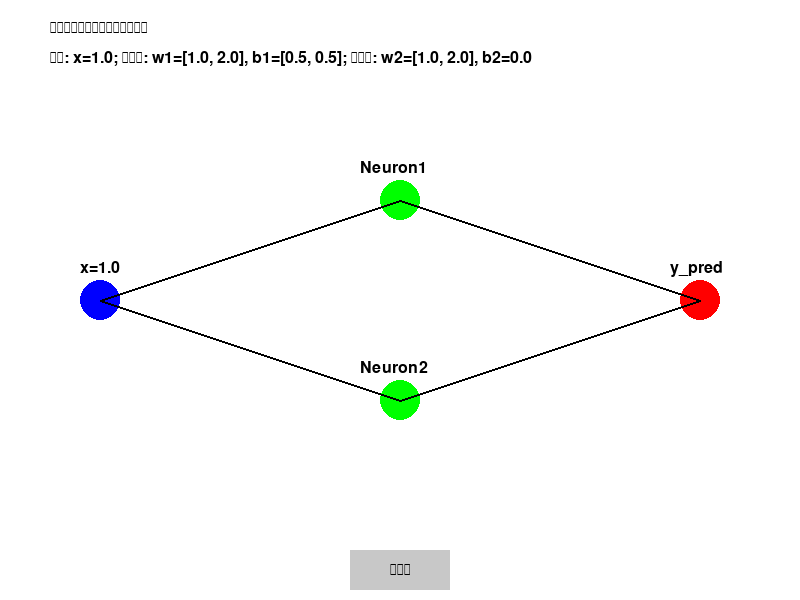
Repository: ducchuu/cnn_from_scratch
Script's output: python src/visualization/pygame_nn_simulator.py
An editor plug-in stored every save of this project. The script's output is shown before and after the next save, followed by the edit.
The window is shown after at most 60 frames with no key pressed. Random numbers start from a fixed seed.

Above is the script's output before, as saved 2025-02-13 04:44:39.

After the next save:
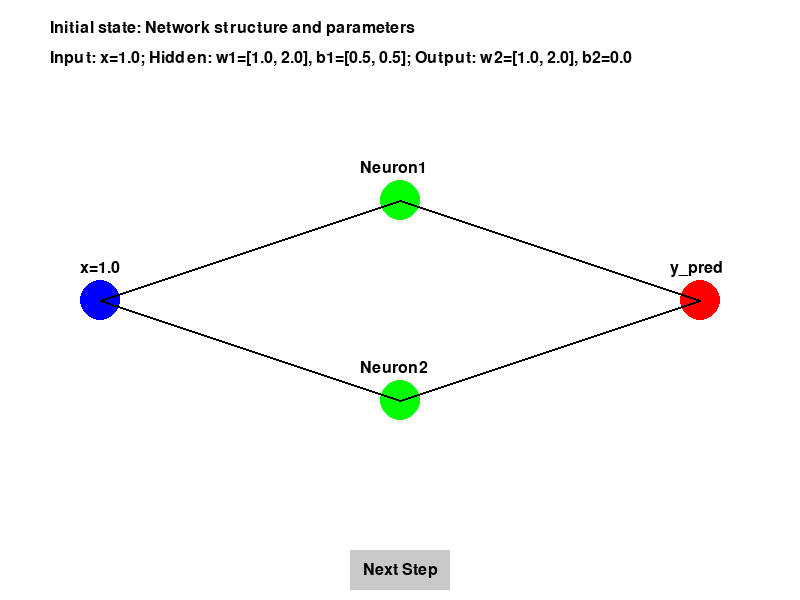
Saved 2 min 42 s later.
--- a/src/visualization/pygame_nn_simulator.py
+++ b/src/visualization/pygame_nn_simulator.py
@@ -25,40 +25,61 @@ button_rect = pygame.Rect(screen_width // 2 - 50, screen_height - 50, 100, 40)
 # 预定义各步的说明文字和对应的详细信息
 steps = [
     {
-        "desc": "初始状态：展示网络结构和参数",
-        "details": "输入: x=1.0; 隐藏层: w1=[1.0, 2.0], b1=[0.5, 0.5]; 输出层: w2=[1.0, 2.0], b2=0.0",
-    },
-    {
-        "desc": "前向传播：计算隐藏层加权输入 z = x*w + b",
+        "desc": "Initial state: Network structure and parameters",
+        "details": "Input: x=1.0; Hidden: w1=[1.0, 2.0], b1=[0.5, 0.5]; Output: w2=[1.0, 2.0], b2=0.0",
+        "highlight_paths": [],  # 初始状态不高亮任何路径
+    },
+    {
+        "desc": "Forward pass: Calculate hidden layer weighted input",
         "details": "z1 = [1*1.0+0.5, 1*2.0+0.5] = [1.5, 2.5]",
-    },
-    {"desc": "前向传播：应用ReLU激活函数", "details": "h = ReLU(z1) = [1.5, 2.5]"},
-    {
-        "desc": "前向传播：计算输出层输出",
+        "highlight_paths": [
+            (input_pos, hidden1_pos),
+            (input_pos, hidden2_pos),
+        ],  # 高亮输入到隐藏层的路径
+    },
+    {
+        "desc": "Forward pass: Apply ReLU activation function",
+        "details": "h = ReLU(z1) = [1.5, 2.5]",
+    },
+    {
+        "desc": "Forward pass: Calculate output layer output",
         "details": "y_pred = h•w2 + b2 = 1.5*1.0 + 2.5*2.0 = 6.5",
     },
-    {"desc": "计算损失：采用均方误差 (MSE)", "details": "L = 0.5*(6.5-7.0)^2 = 0.125"},
-    {
-        "desc": "反向传播：计算输出层梯度",
+    {
+        "desc": "Calculate loss: Use Mean Squared Error (MSE)",
+        "details": "L = 0.5*(6.5-7.0)^2 = 0.125",
+    },
+    {
+        "desc": "Backward pass: Calculate output layer gradient",
         "details": "dL/dy_pred = y_pred - target = -0.5",
     },
     {
-        "desc": "反向传播：计算输出层权重梯度",
+        "desc": "Backward pass: Calculate output layer weight gradient",
         "details": "grad_w2 = dL/dy_pred * h = -0.5 * [1.5, 2.5] = [-0.75, -1.25]",
     },
     {
-        "desc": "反向传播：梯度传递到隐藏层",
+        "desc": "Backward pass: Gradient propagation to hidden layer",
         "details": "dL/dh = dL/dy_pred * w2 = [-0.5, -1.0]",
     },
     {
-        "desc": "反向传播：计算隐藏层权重梯度",
+        "desc": "Backward pass: Calculate hidden layer weight gradient",
         "details": "grad_w1 = dL/dz1 * x = [-0.5, -1.0]",
     },
     {
-        "desc": "参数更新：更新各层参数",
+        "desc": "Parameter update: Update all layer parameters",
         "details": "new_w1=[1.05, 2.1], new_b1=[0.55, 0.6]; new_w2=[1.075, 2.125], new_b2=0.05",
     },
 ]
+
+# 定义不同类型数据的颜色
+COLORS = {
+    "input_value": (0, 0, 255),  # 蓝色
+    "weights": (100, 100, 100),  # 灰色
+    "activation": (0, 200, 0),  # 绿色
+    "gradients": (255, 0, 0),  # 红色
+    "loss": (255, 100, 0),  # 橙色
+    "updated_params": (128, 0, 128),  # 紫色
+}
 
 # 当前步骤变量（初始为 0）
 step = 0
@@ -97,19 +118,24 @@ def draw_network(screen, step):
     text = font.render("y_pred", True, (0, 0, 0))
     screen.blit(text, (output_pos[0] - 30, output_pos[1] - 40))
 
-    # 根据当前 step 显示相应的结果：
+    # 绘制高亮路径
+    current_step = steps[step]
+    for path in current_step["highlight_paths"]:
+        pygame.draw.line(screen, (255, 255, 0), path[0], path[1], 4)  # 黄色高亮
+
+    # 在各个位置显示数值，使用不同颜色
     if step >= 1:
-        # 显示隐藏层加权输入 z1（用红色显示，显示在隐藏节点右侧）
-        text = font.render("z=1.5", True, (255, 0, 0))
-        screen.blit(text, (hidden1_pos[0] + 25, hidden1_pos[1] - 10))
-        text = font.render("z=2.5", True, (255, 0, 0))
-        screen.blit(text, (hidden2_pos[0] + 25, hidden2_pos[1] - 10))
+        # 隐藏层加权输入（绿色）
+        text = font.render(f"z={z1[0]:.1f}", True, COLORS["activation"])
+        screen.blit(text, (hidden1_pos[0] + 25, hidden1_pos[1] - 30))
+        text = font.render(f"z={z1[1]:.1f}", True, COLORS["activation"])
+        screen.blit(text, (hidden2_pos[0] + 25, hidden2_pos[1] - 30))
 
     if step >= 2:
-        # 显示经过 ReLU 激活后的隐藏层输出 h
-        text = font.render("h=1.5", True, (255, 0, 0))
+        # 激活值（绿色）
+        text = font.render(f"h={h[0]:.1f}", True, COLORS["activation"])
         screen.blit(text, (hidden1_pos[0] + 25, hidden1_pos[1] + 10))
-        text = font.render("h=2.5", True, (255, 0, 0))
+        text = font.render(f"h={h[1]:.1f}", True, COLORS["activation"])
         screen.blit(text, (hidden2_pos[0] + 25, hidden2_pos[1] + 10))
 
     if step >= 3:
@@ -145,7 +171,7 @@ def draw_network(screen, step):
 
     if step >= 9:
         # 显示参数更新后的结果（在屏幕底部显示更新后的权重与偏置）
-        text = font.render("参数更新完成", True, (255, 0, 0))
+        text = font.render("Parameter update completed", True, (255, 0, 0))
         screen.blit(text, (50, screen_height - 80))
         text = font.render("new_w1=[1.05,2.1], new_b1=[0.55,0.6]", True, (255, 0, 0))
         screen.blit(text, (hidden1_pos[0] - 100, hidden1_pos[1] + 40))
@@ -159,9 +185,9 @@ def draw_network(screen, step):
     detail_text = font.render(current_step["details"], True, (0, 0, 0))
     screen.blit(detail_text, (50, 50))
 
-    # 画出"下一步"按钮
+    # 调整"Next Step"按钮样式
     pygame.draw.rect(screen, (200, 200, 200), button_rect)
-    button_text = font.render("下一步", True, (0, 0, 0))
+    button_text = font.render("Next Step", True, (0, 0, 0))
     button_text_rect = button_text.get_rect(center=button_rect.center)
     screen.blit(button_text, button_text_rect)
 
